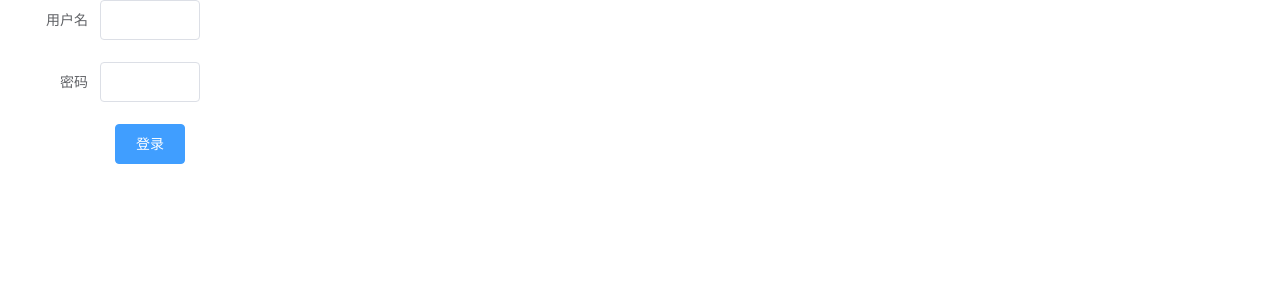
Repository: Chenbozhiaaaaaa/vuetest
Page: / (app in eledemo/)
An editor plug-in stored every save of this project. The page is shown before and after the next save, followed by the edit.
The browser window is 1280 px wide. The pictures show the whole page.
The project was rebuilt for these pictures with package versions that can differ from the ones it lists, and the page was loaded fresh each time. Also part of the build but not shown: eledemo/src/comp/compA.vue, eledemo/src/comp/compB.vue, eledemo/src/components/a.vue, eledemo/src/components/b.vue, eledemo/src/components/aside.vue. Imported but missing from the stored project, and not drawn on this page: eledemo/src/components/home.

Above is the page before, as saved 2020-07-22 16:10:13.

After the next save:
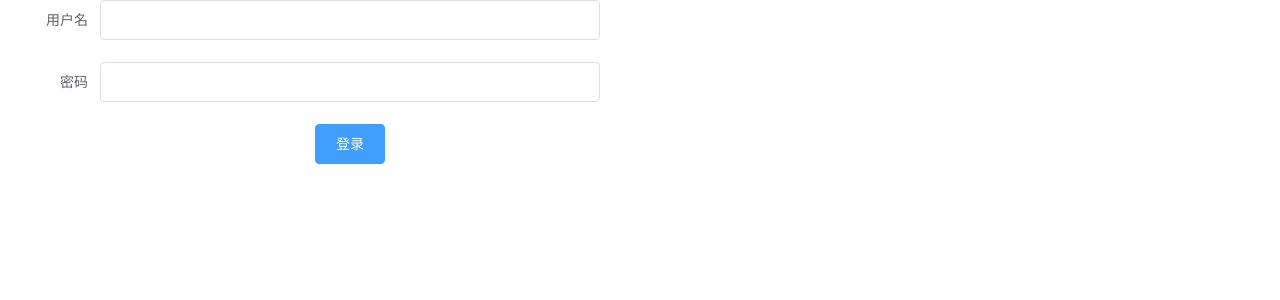
Saved 11 s later.
--- a/eledemo/src/login/login.vue
+++ b/eledemo/src/login/login.vue
@@ -35,7 +35,7 @@ export default {
 </script>
 <style>
 .login-div {
-  height: 200px;
-  width: 200px;
+  height: 600px;
+  width: 600px;
 }
 </style>
